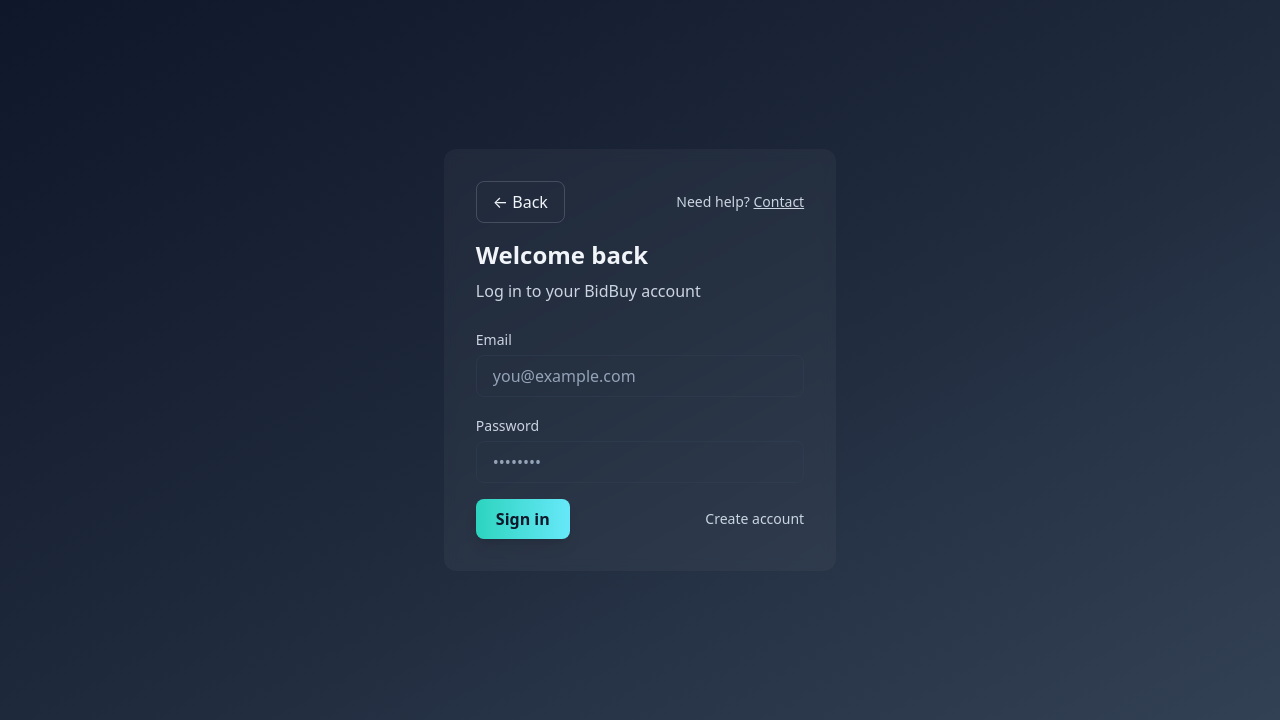
Repository: ChakraVaishnav/Online-Auction-System
Page: /login (app in online-auction-system-frontend/)
The author's editor kept a copy of each file at every save. The page is drawn from the files as they stood at one save, then again after the next save.
The browser window is 1280 px wide. The pictures show the whole page.
The project was rebuilt for these pictures with package versions that can differ from the ones it lists, and the page was loaded fresh each time. Also part of the build but not shown: online-auction-system-frontend/vite.config.js, online-auction-system-frontend/src/pages/Landing.jsx, online-auction-system-frontend/src/pages/Signup.jsx, online-auction-system-frontend/src/App.css.

Above is the page before, as saved 2025-11-23 17:54:16.

### online-auction-system-frontend/index.html
<!doctype html>
<html lang="en">
  <head>
    <meta charset="UTF-8" />
    <link rel="icon" type="image/svg+xml" href="/vite.svg" />
    <meta name="viewport" content="width=device-width, initial-scale=1.0" />
    <title>online-auction-system-frontend</title>
  </head>
  <body>
    <div id="root"></div>
    <script type="module" src="/src/main.jsx"></script>
  </body>
</html>

### online-auction-system-frontend/src/index.css
@tailwind base;
@tailwind components;
@tailwind utilities;

:root{
	--brand-1: #0f172a; /* slate-900 */
	--brand-2: #0ea5a4; /* teal-400 */
	--accent: #f97316; /* orange-500 */
}

html,body,#root{
	height:100%;
}

body{
	@apply bg-gradient-to-br from-slate-900 via-slate-800 to-slate-700 text-slate-100 antialiased;
	font-family: ui-sans-serif, system-ui, -apple-system, "Segoe UI", Roboto, "Helvetica Neue", Arial;
}

.container-wide{
	@apply max-w-6xl mx-auto px-6;
}

.glass {
	background: rgba(255,255,255,0.04);
	backdrop-filter: blur(6px);
}

.btn-primary{
	@apply inline-flex items-center gap-2 bg-gradient-to-r from-teal-400 to-cyan-300 text-slate-900 font-semibold px-5 py-2 rounded-lg shadow-lg hover:scale-105 transition-transform;
}

.btn-outline{
	@apply inline-flex items-center gap-2 border border-slate-300/20 text-slate-100 px-4 py-2 rounded-lg hover:bg-white/5 transition;
}

.form-input{
	@apply w-full bg-transparent border border-slate-700/50 px-4 py-2 rounded-lg placeholder-slate-400 text-white focus:outline-none focus:ring-2 focus:ring-teal-400;
}

### online-auction-system-frontend/src/App.jsx
import { BrowserRouter, Routes, Route } from 'react-router-dom'
import Landing from './pages/Landing'
import Login from './pages/Login'
import Signup from './pages/Signup'
import './App.css'

function App() {
  return (
    <BrowserRouter>
      <Routes>
        <Route path="/" element={<Landing />} />
        <Route path="/login" element={<Login />} />
        <Route path="/signup" element={<Signup />} />
      </Routes>
    </BrowserRouter>
  )
}

export default App

### online-auction-system-frontend/src/pages/Login.jsx
import { Link, useNavigate } from 'react-router-dom'
import { useState } from 'react'

export default function Login(){
  const [email, setEmail] = useState('')
  const [password, setPassword] = useState('')
  const navigate = useNavigate()

  function handleSubmit(e){
    e.preventDefault()
    // placeholder: no backend yet
    if(!email || !password){
      alert('Please provide email and password')
      return
    }
    alert('Logged in (demo): ' + email)
    navigate('/')
  }

  return (
    <div className="min-h-screen flex items-center">
      <div className="container-wide mx-auto">
        <div className="max-w-md mx-auto bg-transparent glass p-8 rounded-xl">
          <div className="flex items-center justify-between mb-4">
            <Link to="/" className="btn-outline">← Back</Link>
            <div className="text-slate-300 text-sm">Need help? <a className="underline" href="#">Contact</a></div>
          </div>

          <h2 className="text-2xl font-bold mb-2">Welcome back</h2>
          <p className="text-slate-300 mb-6">Log in to your BidBuy account</p>

          <form onSubmit={handleSubmit} className="space-y-4">
            <div>
              <label className="text-sm text-slate-300">Email</label>
              <input className="form-input mt-1" type="email" value={email} onChange={e=>setEmail(e.target.value)} placeholder="you@example.com" />
            </div>

            <div>
              <label className="text-sm text-slate-300">Password</label>
              <input className="form-input mt-1" type="password" value={password} onChange={e=>setPassword(e.target.value)} placeholder="••••••••" />
            </div>

            <div className="flex items-center justify-between">
              <button className="btn-primary" type="submit">Sign in</button>
              <Link to="/signup" className="text-sm text-slate-300 hover:underline">Create account</Link>
            </div>
          </form>
        </div>
      </div>
    </div>
  )
}

### online-auction-system-frontend/tailwind.config.cjs
module.exports = {
  content: [
    './index.html',
    './src/**/*.{js,jsx,ts,tsx}'
  ],
  theme: {
    extend: {},
  },
  plugins: [],
}

Loaded but not shown: online-auction-system-frontend/src/main.jsx (common file)

After the next save:
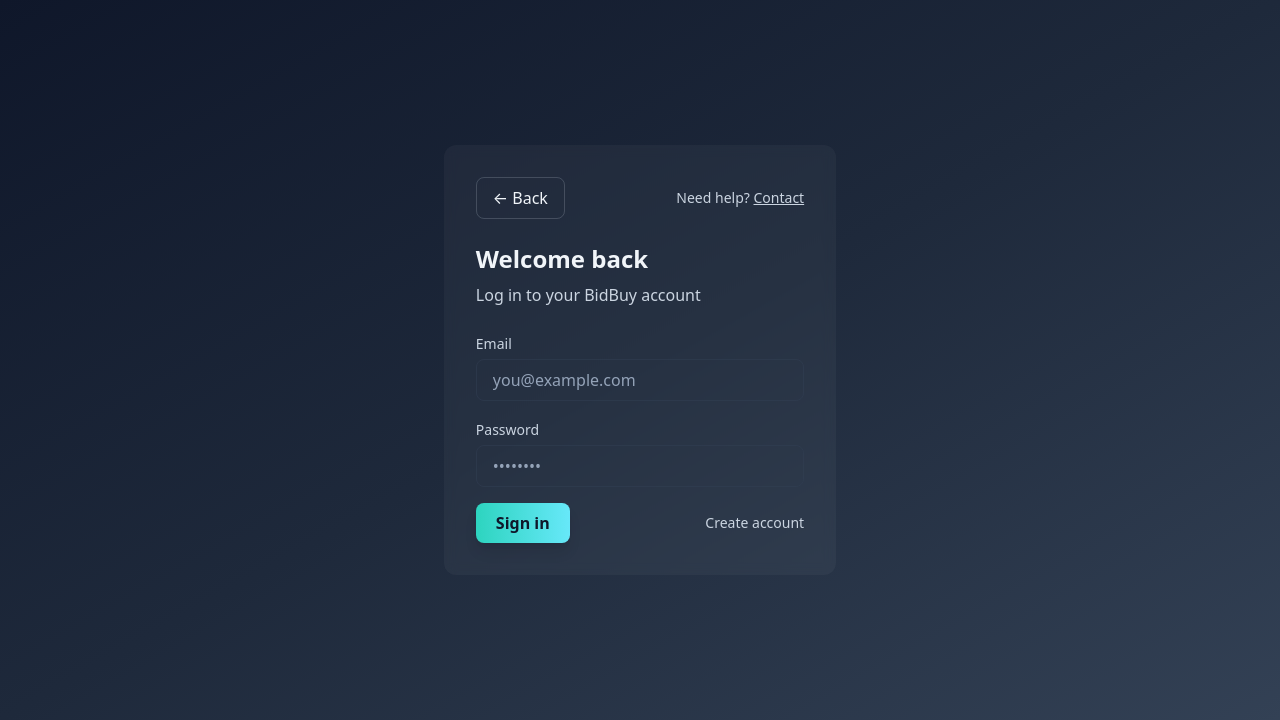
Saved 9 s later.
--- a/online-auction-system-frontend/src/pages/Login.jsx
+++ b/online-auction-system-frontend/src/pages/Login.jsx
@@ -21,8 +21,8 @@ export default function Login(){
     <div className="min-h-screen flex items-center">
       <div className="container-wide mx-auto">
         <div className="max-w-md mx-auto bg-transparent glass p-8 rounded-xl">
-          <div className="flex items-center justify-between mb-4">
-            <Link to="/" className="btn-outline">← Back</Link>
+          <div className="flex items-center justify-between mb-6">
+            <Link to="/" className="btn-outline btn-back" aria-label="Back to landing">← Back</Link>
             <div className="text-slate-300 text-sm">Need help? <a className="underline" href="#">Contact</a></div>
           </div>
 
